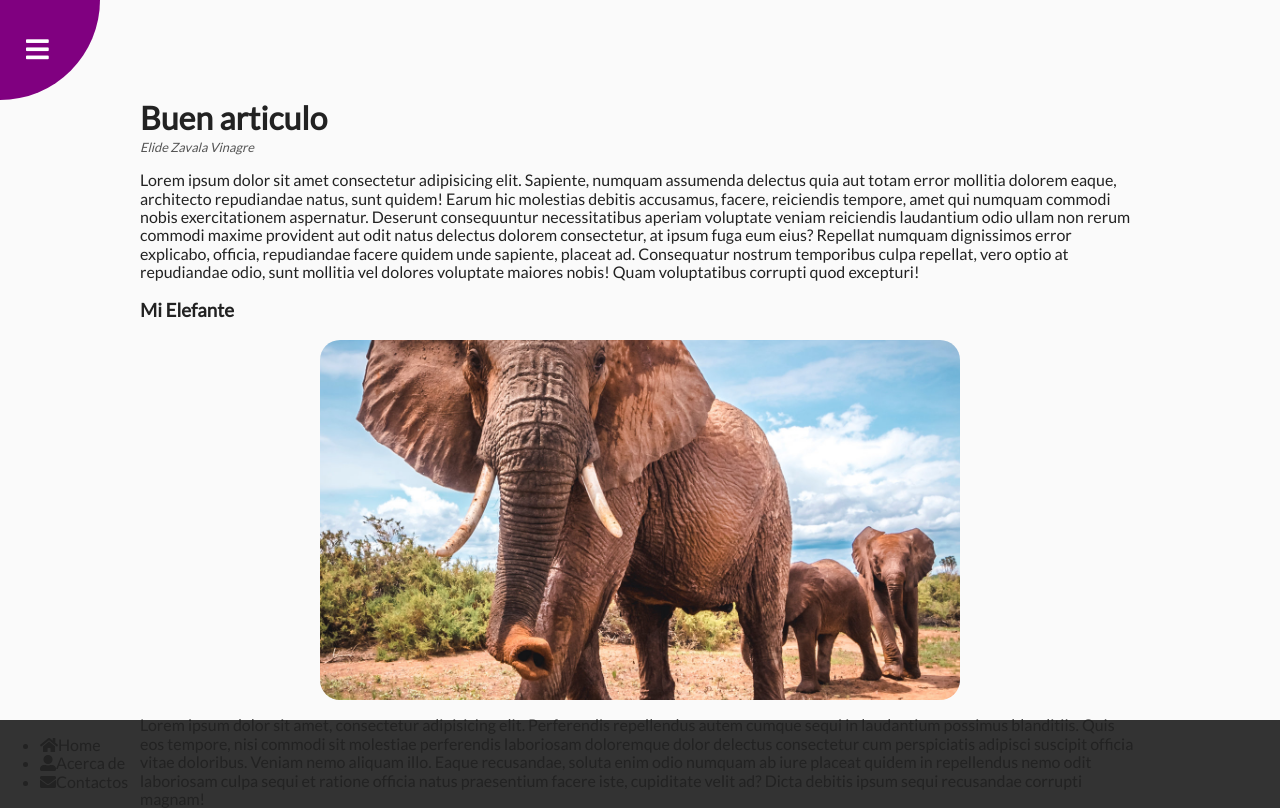
Repository: ElideZavala/Navagacion-en-rotacion
Page: index.html
The author's editor kept a copy of each file at every save. The page is drawn from the files as they stood at one save, then again after the next save.
The browser window is 1280 px wide. The pictures show the whole page.

Above is the page before, as saved 2021-05-29 09:39:31.

### index.html
<!DOCTYPE html>
<html lang="en">
<head>
	<meta charset="UTF-8">
	<meta http-equiv="X-UA-Compatible" content="IE=edge">
	<meta name="viewport" content="width=device-width, initial-scale=1.0">
	<link rel="stylesheet" href="https://cdnjs.cloudflare.com/ajax/libs/font-awesome/5.15.3/css/all.min.css" integrity="sha512-iBBXm8fW90+nuLcSKlbmrPcLa0OT92xO1BIsZ+ywDWZCvqsWgccV3gFoRBv0z+8dLJgyAHIhR35VZc2oM/gI1w==" crossorigin="anonymous" referrerpolicy="no-referrer" />
	<link rel="stylesheet" href="style.css">
	<link rel="stylesheet" href="normalize.css">
	<title>Navegación Giratoria</title>
</head>
<body>
	<div class="container">
		<div class="circle-container">
			<div class="circle">
				<button id="close">
					<i class="fas fa-times"></i>
				</button>
				<button id="open">
					<i class="fas fa-bars"></i>
				</button>
			</div>
		</div>

		<div class="content">
			<h1 class="title">Buen articulo</h1>
			<small>Elide Zavala Vinagre</small>
			<p>Lorem ipsum dolor sit amet consectetur adipisicing elit. Sapiente, numquam assumenda delectus quia aut totam error mollitia dolorem eaque, architecto repudiandae natus, sunt quidem! Earum hic molestias debitis accusamus, facere, reiciendis tempore, amet qui numquam commodi nobis exercitationem aspernatur. Deserunt consequuntur necessitatibus aperiam voluptate veniam reiciendis laudantium odio ullam non rerum commodi maxime provident aut odit natus delectus dolorem consectetur, at ipsum fuga eum eius? Repellat numquam dignissimos error explicabo, officia, repudiandae facere quidem unde sapiente, placeat ad. Consequatur nostrum temporibus culpa repellat, vero optio at repudiandae odio, sunt mollitia vel dolores voluptate maiores nobis! Quam voluptatibus corrupti quod excepturi!</p>

			<h3 class="title">Mi Elefante</h3>
			<img class="img" src="./Elefante.jpg" alt="Elefante">
			<p>Lorem ipsum dolor sit amet, consectetur adipisicing elit. Perferendis repellendus autem cumque sequi in laudantium possimus blanditiis. Quis eos tempore, nisi commodi sit molestiae perferendis laboriosam doloremque dolor delectus consectetur cum perspiciatis adipisci suscipit officia vitae doloribus. Veniam nemo aliquam illo. Eaque recusandae, soluta enim odio numquam ab iure placeat quidem in repellendus nemo odit laboriosam culpa sequi et ratione officia natus praesentium facere iste, cupiditate velit ad? Dicta debitis ipsum sequi recusandae corrupti magnam!</p>
		</div>
	</div>

	<nav>
		<ul>
			<li><i class="fas fa-home"></i>Home</li>
			<li><i class="fas fa-user-alt"></i>Acerca de</li>
			<li><i class="fas fa-envelope"></i>Contactos</li>
		</ul>
	</nav>



	<script src="./script.js"></script>
</body>
</html>

### style.css
@import url('https://fonts.googleapis.com/css?family=Lato&display=swap');

* {
	box-sizing: border-box;
}

body {
	font-family: 'Lato', sans-serif;
	background-color: #333;
	color: #222;
	overflow: hidden;
	margin: 0;
}

.container {
	background-color: #fafafa;
	transform-origin: top left;
	transition: transform 0.5s linear;
	width: 100vw;
	height: 100vh;
	padding: 50px;
}

.container.show-nav {
	transform: rotate(-20deg);
}

.img{
	width: 50vw;
	height: 50vh;
	display: flex;
	border-radius: 20px;
	object-fit: cover;
	margin: auto;
}

.circle-container {
	position: fixed;
	top: -100px;
	left: -100px;
}

.circle {
	background-color: purple;
	height: 200px;
	width: 200px;
	border-radius: 50%;
	position: relative;
	transition: transform 0.5s linear;
}

.circle button {
	cursor: pointer;
	position: absolute;
	top: 50%;
	left: 50%;
	height: 100px;
	background: transparent;
	border: 0;
	font-size: 26px;
	color: #fff;
}

.circle button:focus {
	outline: none;
}

.circle button#open {
	left: 60%;
}

.circle button#close {
	top: 60%;
	transform: rotate(90deg);
	transform-origin: top left;
	cursor: pointer;
}

.content {
	max-width: 1000px;
	margin: 50px auto;
}

.content h1 {
	margin: 0;
}

.content small {
	color: #555;
	font-style: italic;
}

Loaded but not shown: normalize.css (library); script.js (no stored copy; drawn as an empty file)

After the next save:
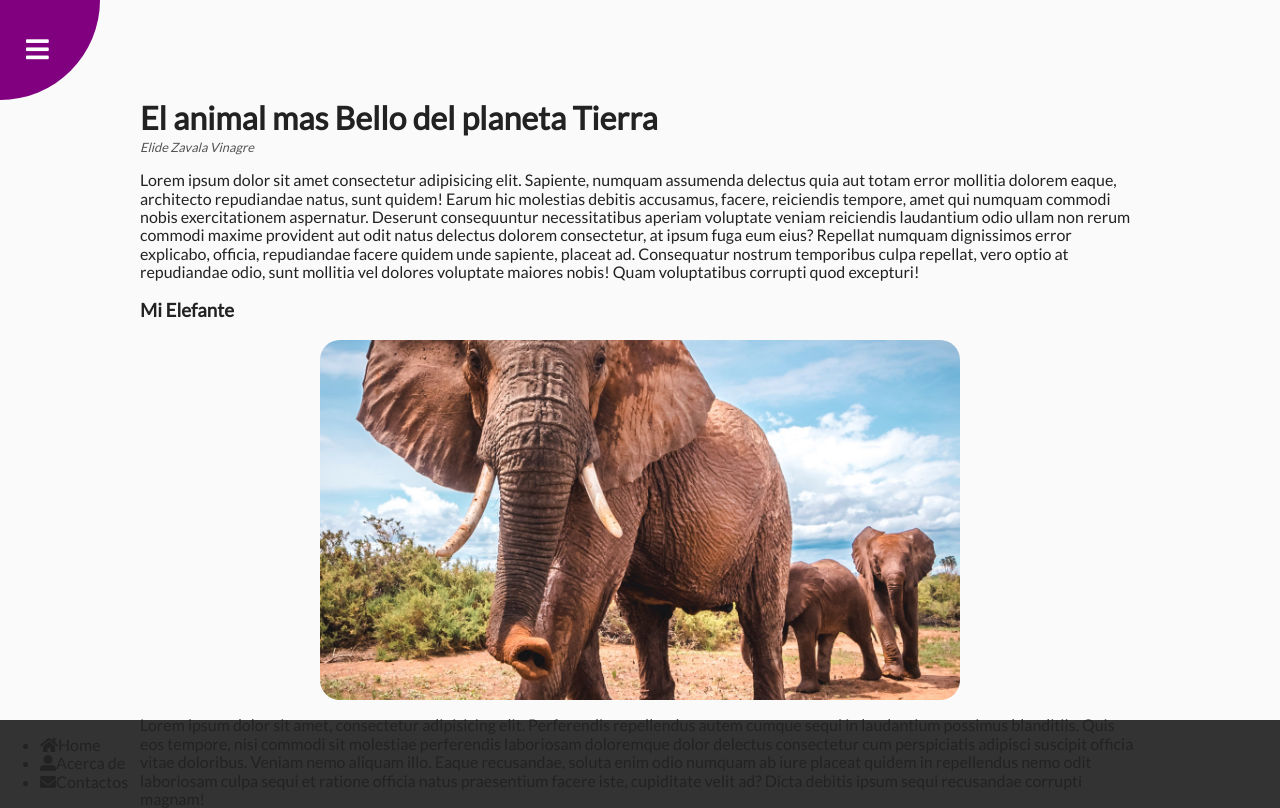
Saved 59 s later.
--- a/index.html
+++ b/index.html
@@ -23,7 +23,7 @@
 		</div>
 
 		<div class="content">
-			<h1 class="title">Buen articulo</h1>
+			<h1 class="title">El animal mas Bello del planeta Tierra</h1>
 			<small>Elide Zavala Vinagre</small>
 			<p>Lorem ipsum dolor sit amet consectetur adipisicing elit. Sapiente, numquam assumenda delectus quia aut totam error mollitia dolorem eaque, architecto repudiandae natus, sunt quidem! Earum hic molestias debitis accusamus, facere, reiciendis tempore, amet qui numquam commodi nobis exercitationem aspernatur. Deserunt consequuntur necessitatibus aperiam voluptate veniam reiciendis laudantium odio ullam non rerum commodi maxime provident aut odit natus delectus dolorem consectetur, at ipsum fuga eum eius? Repellat numquam dignissimos error explicabo, officia, repudiandae facere quidem unde sapiente, placeat ad. Consequatur nostrum temporibus culpa repellat, vero optio at repudiandae odio, sunt mollitia vel dolores voluptate maiores nobis! Quam voluptatibus corrupti quod excepturi!</p>
 
